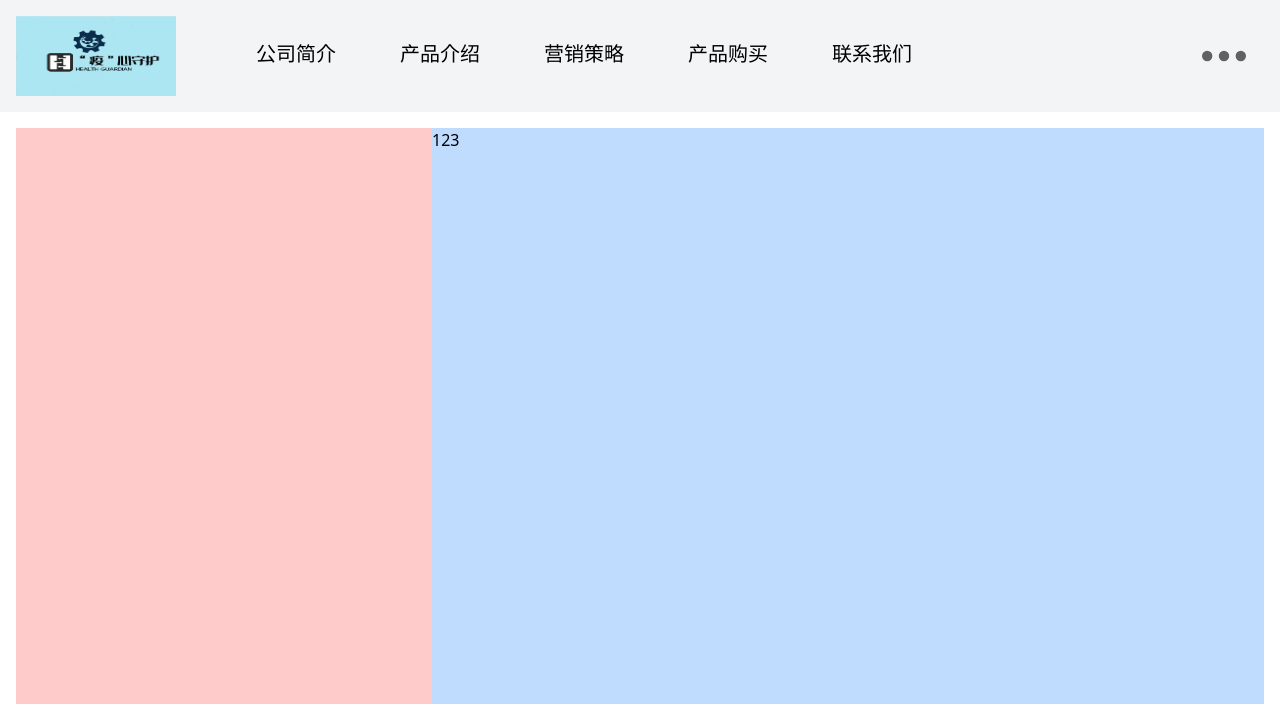
Repository: LiuRuohui/company_introduction
Page: /#/introduction
The author's editor kept a copy of each file at every save. The page is drawn from the files as they stood at one save, then again after the next save.
The browser window is 1280 px wide. The pictures show the whole page.
The project was rebuilt for these pictures with package versions that can differ from the ones it lists, and the page was loaded fresh each time. Also part of the build but not shown: vite.config.js, src/components/product.vue, src/components/purchase.vue, src/components/strategy.vue, src/components/contact.vue, src/components/public.vue.

Above is the page before, as saved 2022-05-09 23:29:57.

After the next save:
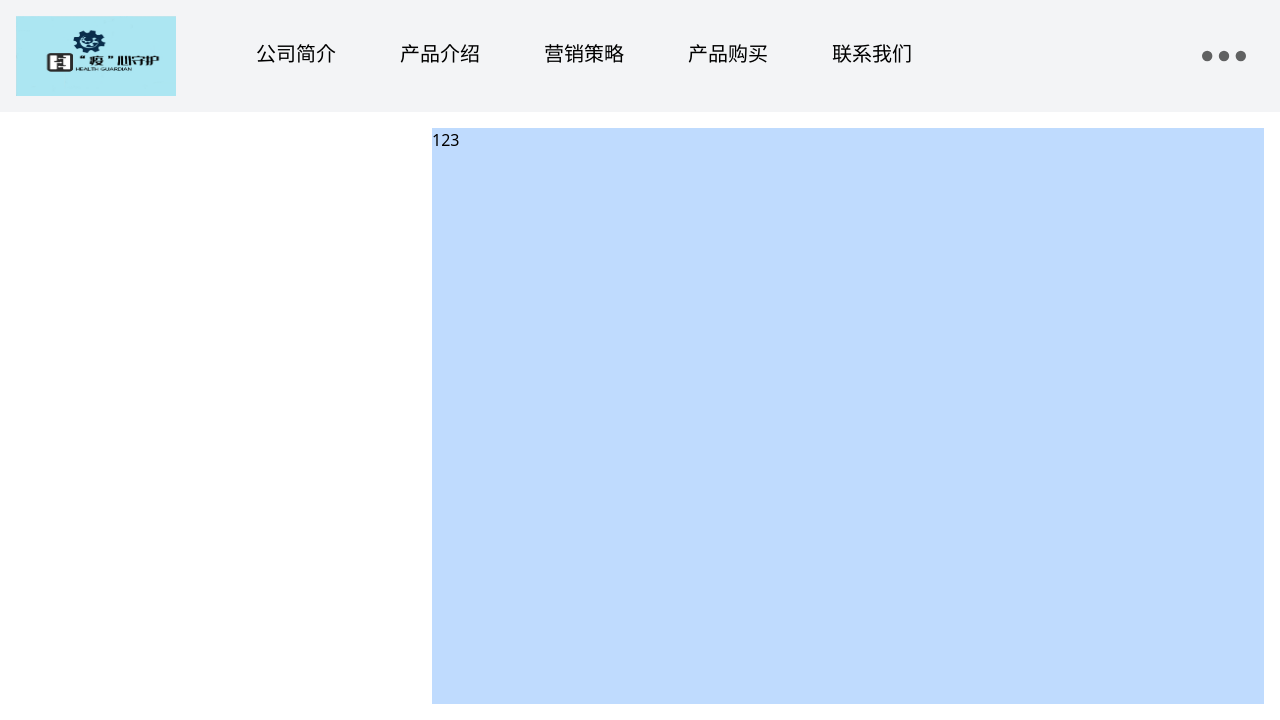
Saved 22 s later.
--- a/src/components/introduction.vue
+++ b/src/components/introduction.vue
@@ -3,7 +3,7 @@
 </script>
 
 <template>
-<div class="w-full m-4 flex flex-row bg-red-200 ">
+<div class="w-full m-4 flex flex-row">
     <div class="flex h-full w-1/3">
         <div class="m-4 bg-red-300">
 
